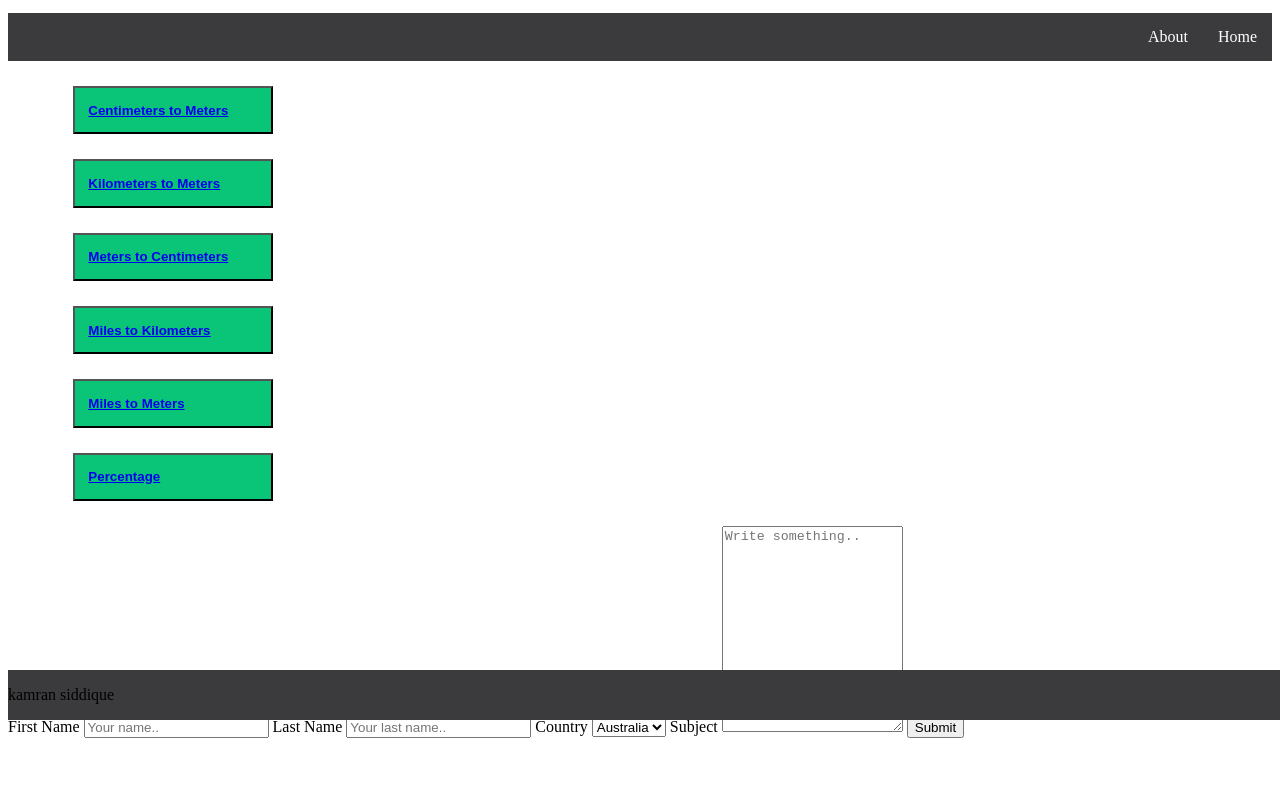
Repository: Kamrangujjar85112/Length-Converter
Page: html/home.html
These files come from the project's save history. The page is drawn as it stood at one moment and after the next save; the edit follows.
The browser window is 1280 px wide. The pictures show the whole page.

Above is the page before, as saved 2022-01-21 03:33:38.

### html/home.html
<!-- home -->
<!DOCTYPE html>
<html lang="en">
<head>
    <meta charset="UTF-8">
    <meta http-equiv="X-UA-Compatible" content="IE=edge">
    <meta name="viewport" content="width=device-width, initial-scale=1.0">
    <title>Home</title>
    <link rel="stylesheet" href="../css/style.css">

</head>
<body>
   <div class="header">
        <nav>
            <ul class="nav-ul">
                <li class="nav-li"><a href="#home">Home</a></li>
                <li class="nav-li"><a href="#about">About</a></li>
            </ul>
        </nav>
   </div>
   <div class="container ">
        <ul>
            <li class="link">
                <button><a href="cm_km.html">Centimeters to Meters</a></button>
            </li>
            <li class="link">
                <button><a href="km_m.html">Kilometers to Meters</a></button>
            </li>
            <li class="link">
                <button><a href="m_cm.html">Meters to Centimeters</a></button>
            </li>
            <li class="link">
                <button><a href="mi_km.html">Miles to Kilometers</a></button>
            </li>
            <li class="link">
                <button><a href="mi_m.html">Miles to Meters</a></button>
            </li>
            <li class="link">
                <button><a href="percentage.html">Percentage</a></button>
            </li>
        </ul>
       </div>
       <div class="form">
        <form action="active">

          <label for="fname">First Name</label>
          <input type="text" id="fname" name="firstname" placeholder="Your name..">

          <label for="lname">Last Name</label>
          <input type="text" id="lname" name="lastname" placeholder="Your last name..">

          <label for="country">Country</label>
          <select id="country" name="country">
            <option value="australia">Australia</option>
            <option value="canada">Canada</option>
            <option value="usa">USA</option>
          </select>

          <label for="subject">Subject</label>
          <textarea id="subject" name="subject" placeholder="Write something.." style="height:200px"></textarea>

          <input type="submit" value="Submit">

        </form>
      </div>
   </div>
   <div class="footer">
        <p>kamran siddique</p>
   </div>



</body>
</html>

### css/style.css
  body{
    padding-top: 5px;
    padding-bottom: 40px;
}
.header{
    top: 0;
    width: 100%;
    margin: 0;
    position: relative;

}
.nav-ul{
    list-style-type: none;
    margin: 0;
    padding: 30;
    overflow: hidden;
    background: rgb(59, 59, 61);
  }

  .nav-li {
    float: right;
    align-items: inherit;
  }

  .nav-li a {
    display: block;
    color: rgb(255, 255, 255);
    text-align:justify;
    padding: 15px 15px;
    text-decoration: none;
  }
  .link {
    list-style: none;
  }
  button {

    margin: 25px;
	padding: 1.1em 1em;
	font-weight:bold;
    width:200px;
    display: block;
    text-align:justify;
    background-color: #0ac577;
}




  /* Change the link color to #111 (black) on hover */
  .nav-li a:hover {
    background-color: #0ac577;
  }
.footer{
    bottom: 0;
    width: 100%;
    margin: 0;
    position: fixed;
    background: rgb(59, 59, 61);
}
/* Some more styles to beutify this example */

After the next save:
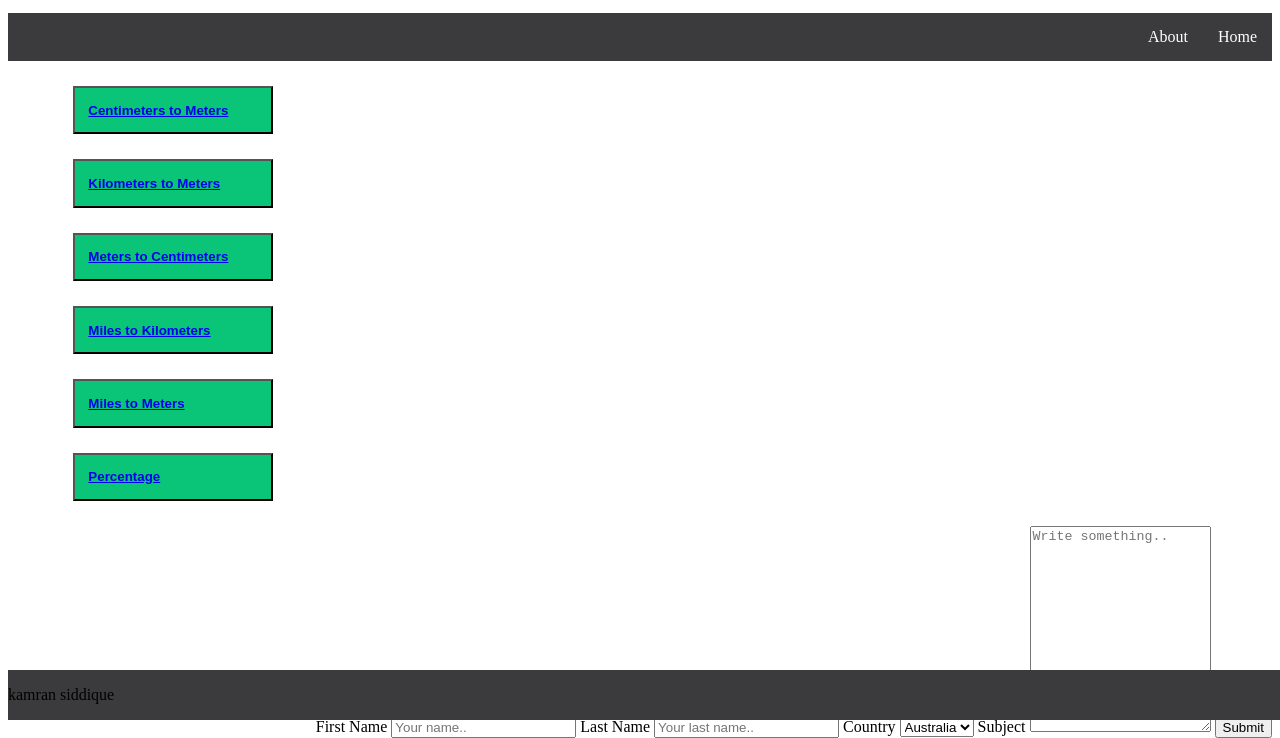
Saved 29 s later.
--- a/css/style.css
+++ b/css/style.css
@@ -57,4 +57,7 @@
     position: fixed;
     background: rgb(59, 59, 61);
 }
+.form{
+    float: right;
+}
 /* Some more styles to beutify this example */

After the save that followed:
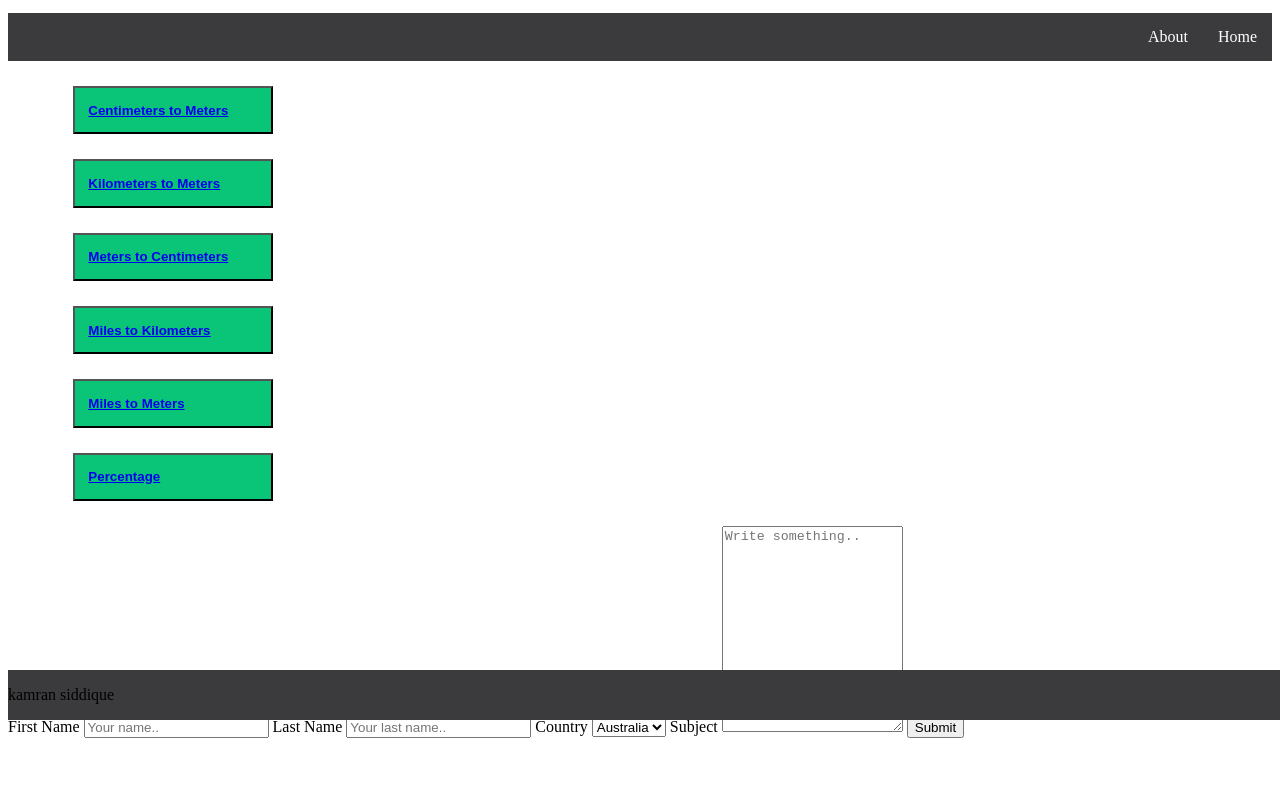
Saved 44 s later.
--- a/css/style.css
+++ b/css/style.css
@@ -57,7 +57,4 @@
     position: fixed;
     background: rgb(59, 59, 61);
 }
-.form{
-    float: right;
-}
 /* Some more styles to beutify this example */
